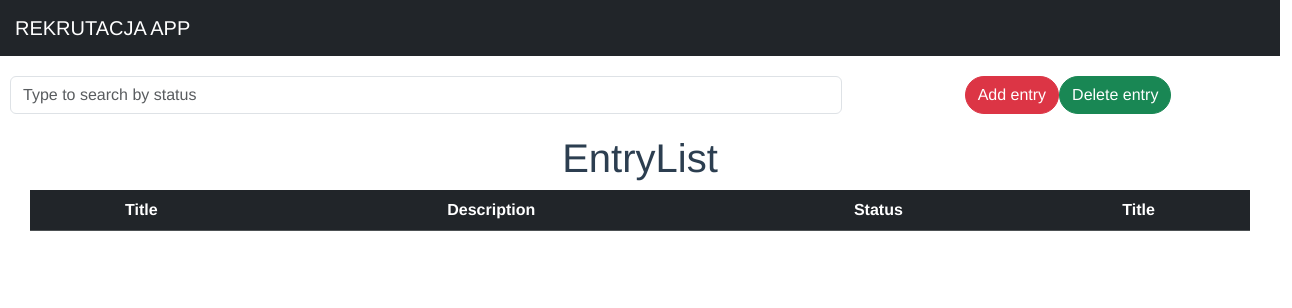
Repository: Madaless/vue_elastic
Page: / (app in vuejsapp/crudapp/)
An editor plug-in stored every save of this project. The page is shown before and after the next save, followed by the edit.
The browser window is 1280 px wide. The page is 1292 px wide, so the pictures cover 1292 px, including what lies to the right of the window. The pictures show the whole page.
The page's requests for data from a server got no answer. The project was rebuilt for these pictures with package versions that can differ from the ones it lists, and the page was loaded fresh each time. No one was signed in, and anything a server would have sent is missing.

Above is the page before, as saved 2021-09-12 13:51:30.

After the next save:
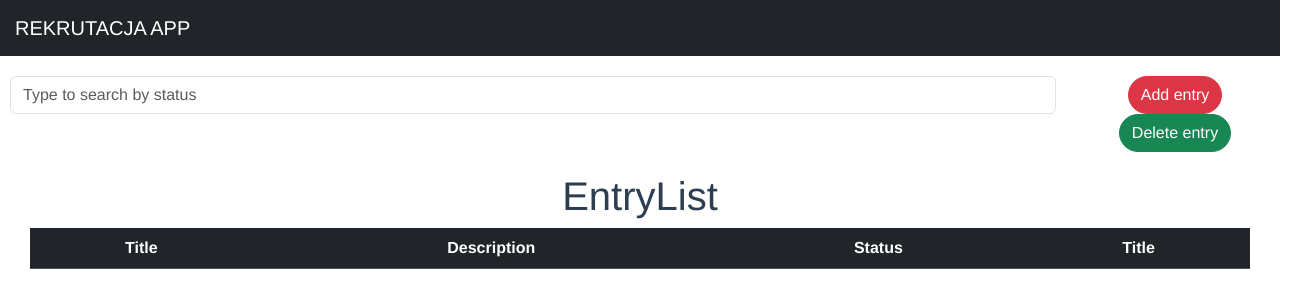
Saved 70 s later.
--- a/vuejsapp/crudapp/src/App.vue
+++ b/vuejsapp/crudapp/src/App.vue
@@ -5,8 +5,8 @@
     </b-navbar>
 
     <b-row id = "filterEntry">
-      <b-col sm="8"><FilterEntry /></b-col>
-      <b-col sm="4"><AddEntry /></b-col>
+      <b-col sm="10"><FilterEntry /></b-col>
+      <b-col sm="2"><AddEntry /></b-col>
     </b-row>
 
     <EntryList />
